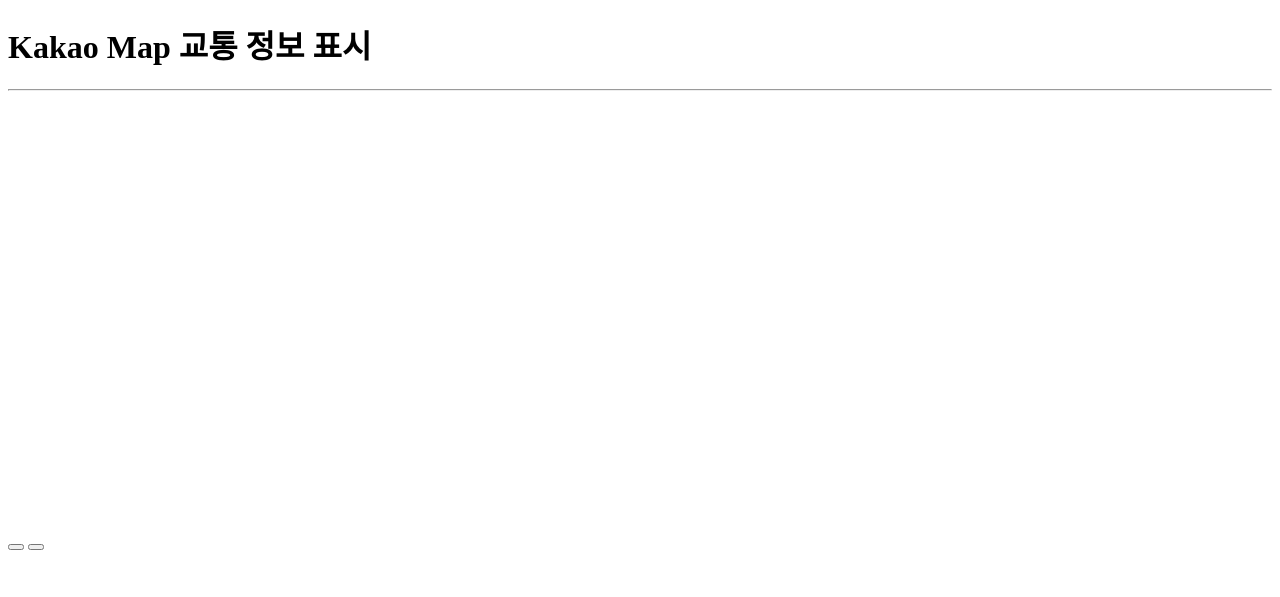
Repository: DongHyenYoo/DongHyen
Page: KakaoMapStudy/MapApp01/WebContent/MapTest021.html
An editor plug-in stored every save of this project. The page is shown before and after the next save, followed by the edit.
The browser window is 1280 px wide. The pictures show the whole page.

Above is the page before, as saved 2023-01-04 01:04:47.
Console error: ReferenceError: initialize is not defined

### KakaoMapStudy/MapApp01/WebContent/MapTest021.html
<!DOCTYPE html>
<html>
<head>
<meta charset="UTF-8">
<title>Insert title here</title>
</head>
<body onload="initialize()">


<!-- ○ 지도의 중심 좌표-->
<!-- 37.556556 , 126.919550 -->
<!-- ○ 발급받은 App key -->
<!-- b0adb6cf684c4c502462a6673bf822bf -->
<!-- ○ 교육원 길건너 스타벅스 -->
<!-- 37.55685652581343, 126.91999059401587 -->
<div>
   <h1>Kakao Map 교통 정보 표시</h1>
   <hr />
</div>
<!-- 지도를 그릴 div 공간 확보(지정)    -->
<div id="map" style="width:100%; height:400px;"></div>
<br>


<p>
	<button type="button" onclick=""></button>
	<button type="button" onclick=""></button>

</p>

</body>
</html>

After the next save:
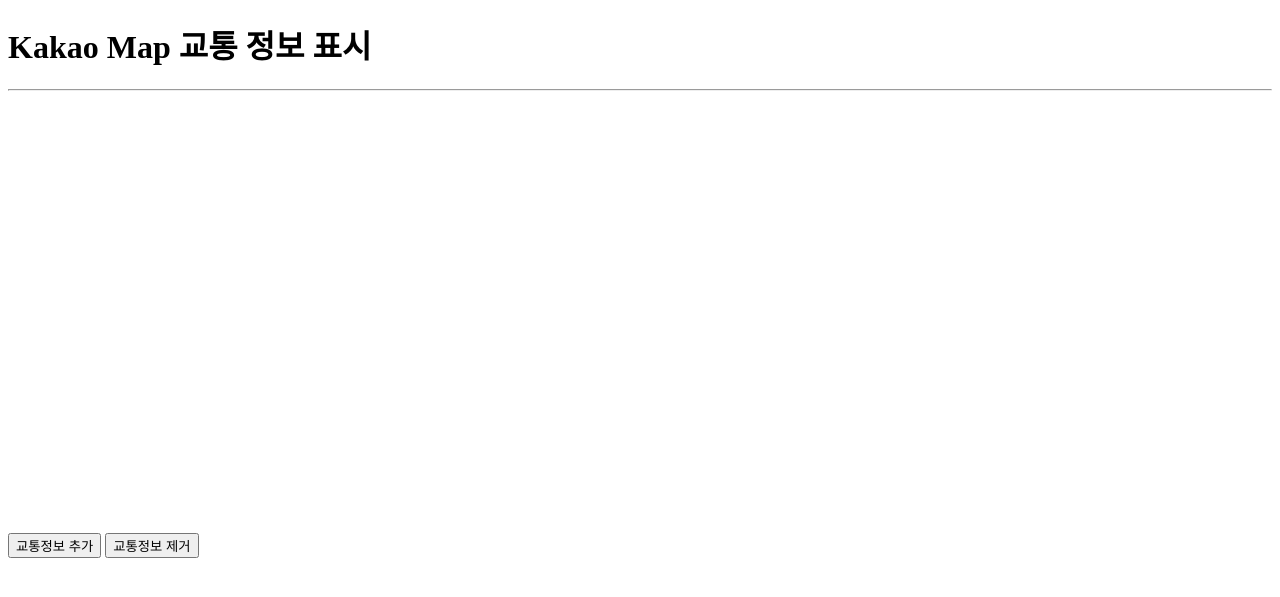
Saved 24 s later.
--- a/KakaoMapStudy/MapApp01/WebContent/MapTest021.html
+++ b/KakaoMapStudy/MapApp01/WebContent/MapTest021.html
@@ -23,8 +23,8 @@
 
 
 <p>
-	<button type="button" onclick=""></button>
-	<button type="button" onclick=""></button>
+	<button type="button" onclick="">교통정보 추가</button>
+	<button type="button" onclick="">교통정보 제거</button>
 
 </p>
 
